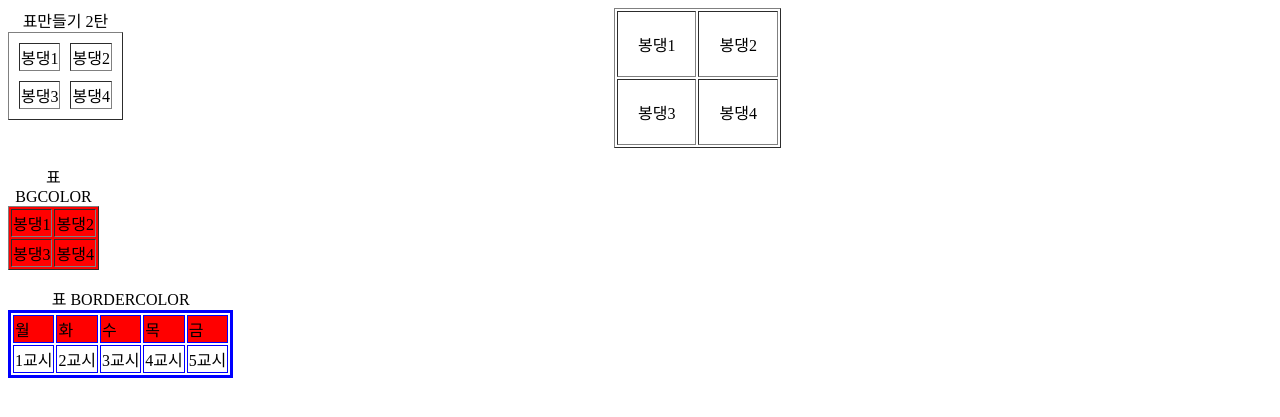
Repository: kisunssong/jsp
Page: http://localhost/test/table2.jsp
These files come from the project's save history. The page is drawn as it stood at one moment and after the next save; the edit follows.
The browser window is 1280 px wide. The pictures show the whole page.
The page is served by Tomcat 9.

Above is the page before, as saved 2020-10-28 14:36:01.

After the next save:
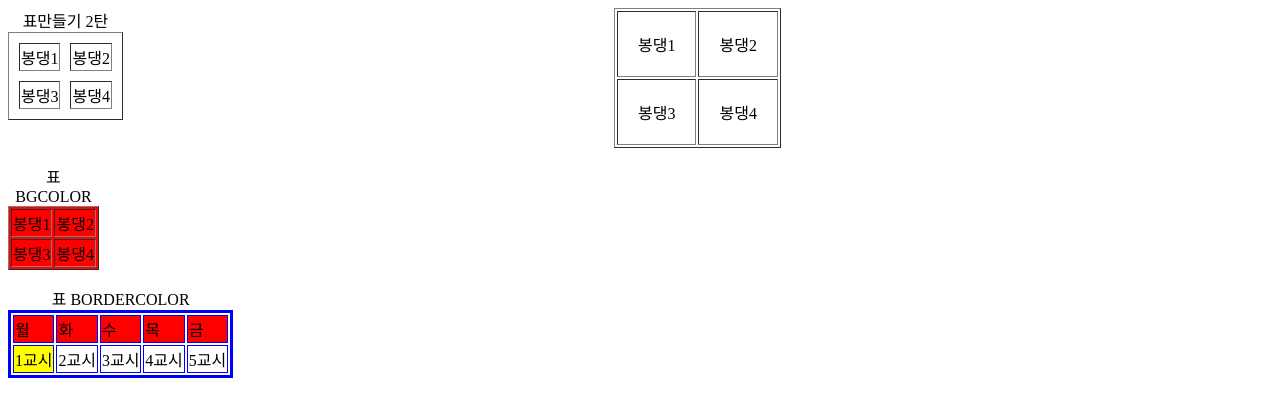
Saved 3 min 26 s later.
--- a/test/WebContent/table2.jsp
+++ b/test/WebContent/table2.jsp
@@ -17,14 +17,17 @@
 </TABLE><P>
 
 <TABLE BORDER="1" BGCOLOR="RED">
+<!-- 표 전체 빨간색 -->
 <CAPTION ALIGN="TOP">표 BGCOLOR</CAPTION>
 <TR><TD>봉댕1<TD>봉댕2</TR>
 <TR><TD>봉댕3<TD>봉댕4</TR>
 </TABLE><P>
 
 <TABLE BORDER="3" BORDERCOLOR="BLUE">
+<!-- 표 첫줄과 값줄 사이에 컬러를 넣는다 -->
 <CAPTION ALIGN="TOP">표  BORDERCOLOR</CAPTION>
 <TR BGCOLOR="RED"><TD>월<TD>화<TD>수<TD>목<TD>금</TR>
-<TR><TD>1교시<TD>2교시<TD>3교시<TD>4교시<TD>5교시</TR>
+<!-- 첫 줄 칸에 빨간색 -->
+<TR><TD BGCOLOR="YELLOW">1교시<TD>2교시<TD>3교시<TD>4교시<TD>5교시</TR>
 </TABLE>
 </HTML>
